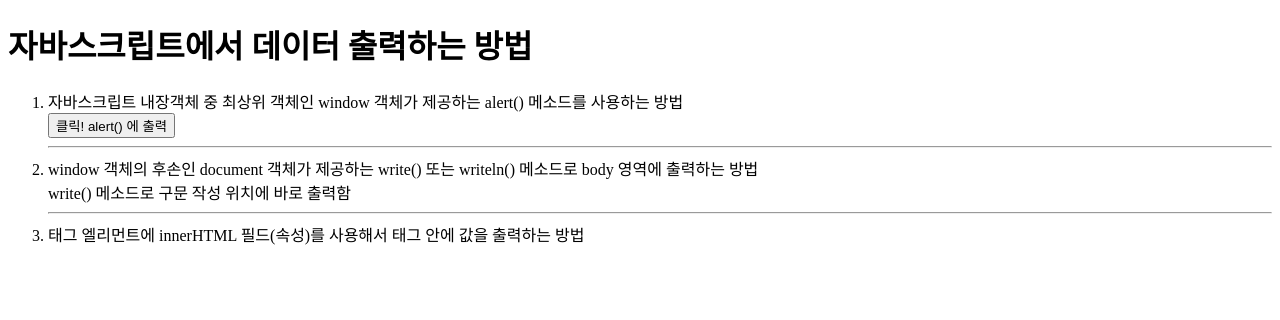
Repository: bianchi112/ict-data
Page: web_workspace/testJavaScriptProject/src/main/webapp/views/testjs/sample2.html
An editor plug-in stored every save of this project. The page is shown before and after the next save, followed by the edit.
The browser window is 1280 px wide. The pictures show the whole page.

Above is the page before, as saved 2024-09-03 03:18:08.

### web_workspace/testJavaScriptProject/src/main/webapp/views/testjs/sample2.html
<!DOCTYPE html>
<html>
<head>
<meta charset="UTF-8">
<title>sample2</title>
<script type="text/javascript" src="/testj/resources/js/main.js"></script>
</head>
<body>
<h1>자바스크립트에서 데이터 출력하는 방법</h1>
<ol>
	<li>자바스크립트 내장객체 중 최상위 객체인 window 객체가 제공하는 alert() 메소드를 사용하는 방법</li>
	<button onclick="testAlert();">클릭! alert() 에 출력</button>
	<hr>

	<li>window 객체의 후손인 document 객체가 제공하는 write() 또는 writeln() 메소드로 body 영역에
	출력하는 방법</li>
	<script type="text/javascript">
		document.write("write() 메소드로 구문 작성 위치에 바로 출력함");
	</script>
	<hr>

	<li>태그 엘리먼트에 innerHTML 필드(속성)를 사용해서 태그 안에 값을 출력하는  방법</li>
</ol>
</body>
</html>

### web_workspace/testJavaScriptProject/src/main/webapp/resources/js/main.js
/**
 * main.js
 * 2024-09-03 작성
 */

// 전역변수 선언 : 함수 밖에서 선언된 변수
// 선언된 위치 아래쪽에서는 모두 사용 가능함
// var 변수명 = 값;
var flag = false;

function toggleImage() {
	// 지역변수 : 함수 안에서 선언된 변수, 선언된 블럭 {} 밖에서는 사용 못  함
	var img = document.getElementById("image1");

	if (!flag) { // if(flag == flalse)
		img.src = "/testj/resources/images/Android.gif"
		flag = true;
	} else { // flag == true
		img.src = "/testj/resources/images/button.jpg";
		flag = false;
	}
}

function changeCSS() {
	// 글자색, 테두리선, 글자크기, 배경색 변경 처리함
	var element = document.getElementById("demo3");

	element.style.color = "#ff00cc";
	element.style.border = "3px double black";
	element.style.fontSize = "24pt";
	element.style.backgroundColor = "yellow";
}

function testAlert() {
	//window.alert("main.js 안에 작성된 testAlert() 함수 실행됨");
	// 최상위 객체인 window 는 메소드 사용시 생략할 수 있음
	alert("main.js 안에 작성된 testAlert() 함수 실행됨");
}

After the next save:
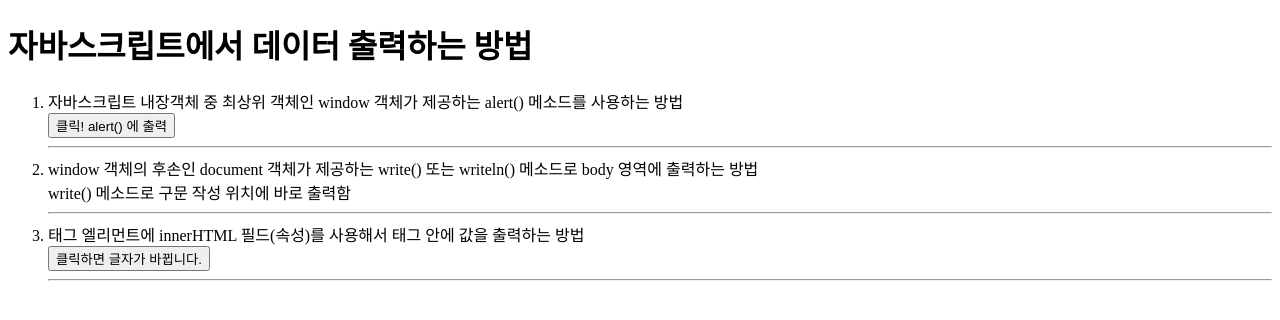
Saved 98 s later.
--- a/web_workspace/testJavaScriptProject/src/main/webapp/views/testjs/sample2.html
+++ b/web_workspace/testJavaScriptProject/src/main/webapp/views/testjs/sample2.html
@@ -20,6 +20,9 @@
 	<hr>
 
 	<li>태그 엘리먼트에 innerHTML 필드(속성)를 사용해서 태그 안에 값을 출력하는  방법</li>
+	<button onclick="this.innerHTML='*^^*'">클릭하면 글자가 바뀝니다.</button>
+	<hr>
+
 </ol>
 </body>
 </html>
